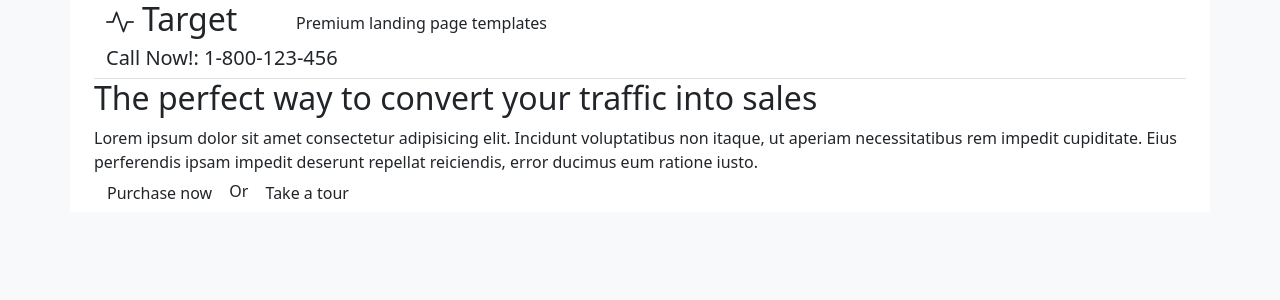
Repository: lyvandat/dh---bootstrap1
Page: index.html
These files come from the project's save history. The page is drawn as it stood at one moment and after the next save; the edit follows.
The browser window is 1280 px wide. The pictures show the whole page.
Some web libraries are served in a nearby version.

Above is the page before, as saved 2022-11-01 20:01:39.

### index.html
<!DOCTYPE html>
<html lang="en">
  <head>
    <!-- Required meta tags -->
    <meta charset="utf-8" />
    <meta name="viewport" content="width=device-width, initial-scale=1" />

    <!-- Bootstrap CSS -->
    <link
      href="https://cdn.jsdelivr.net/npm/bootstrap@5.0.2/dist/css/bootstrap.min.css"
      rel="stylesheet"
      integrity="sha384-EVSTQN3/azprG1Anm3QDgpJLIm9Nao0Yz1ztcQTwFspd3yD65VohhpuuCOmLASjC"
      crossorigin="anonymous"
    />
    <link
      rel="stylesheet"
      href="https://cdn.jsdelivr.net/npm/bootstrap-icons@1.9.1/font/bootstrap-icons.css"
    />
    <title>Hello, world!</title>
  </head>
  <body class="bg-light">
    <div class="container px-4 bg-white">
      <section
        class="container align-items-center bg-white border-bottom border-gray"
      >
        <div class="row">
          <div class="col-2 d-inline-flex me-2">
            <i class="bi bi-activity fs-3 me-2"></i>
            <h2>Target</h2>
          </div>
          <div class="col-7 d-flex align-items-center">
            <div class="text-gray font-style-italic">
              Premium landing page templates
            </div>
          </div>
          <div class="col-3 d-flex align-items-center">
            <h3 class="fs-5">Call Now!: 1-800-123-456</h3>
          </div>
        </div>
      </section>

      <!-- intro -->
      <section class="">
        <div>
          <h2>The perfect way to convert your traffic into sales</h2>
          <article>
            Lorem ipsum dolor sit amet consectetur adipisicing elit. Incidunt
            voluptatibus non itaque, ut aperiam necessitatibus rem impedit
            cupiditate. Eius perferendis ipsam impedit deserunt repellat
            reiciendis, error ducimus eum ratione iusto.
          </article>
          <div>
            <button class="btn rounded-pill">Purchase now</button>
            <span>Or</span>
            <button class="btn rounded-pill">Take a tour</button>
          </div>
        </div>
      </section>
    </div>
    <!-- Optional JavaScript; choose one of the two! -->

    <!-- Option 1: Bootstrap Bundle with Popper -->
    <script
      src="https://cdn.jsdelivr.net/npm/bootstrap@5.0.2/dist/js/bootstrap.bundle.min.js"
      integrity="sha384-MrcW6ZMFYlzcLA8Nl+NtUVF0sA7MsXsP1UyJoMp4YLEuNSfAP+JcXn/tWtIaxVXM"
      crossorigin="anonymous"
    ></script>
  </body>
</html>

After the next save:
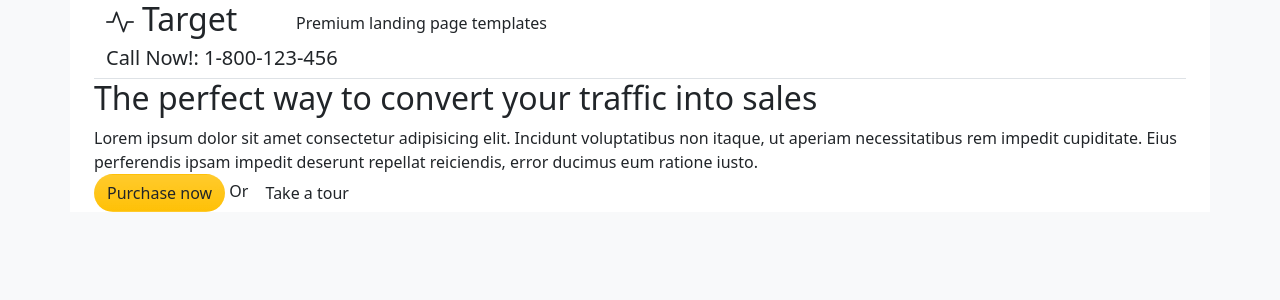
Saved 2 min 18 s later.
--- a/index.html
+++ b/index.html
@@ -50,7 +50,9 @@
             reiciendis, error ducimus eum ratione iusto.
           </article>
           <div>
-            <button class="btn rounded-pill">Purchase now</button>
+            <button class="btn rounded-pill bg-warning bg-gradient">
+              Purchase now
+            </button>
             <span>Or</span>
             <button class="btn rounded-pill">Take a tour</button>
           </div>

After the save that followed:
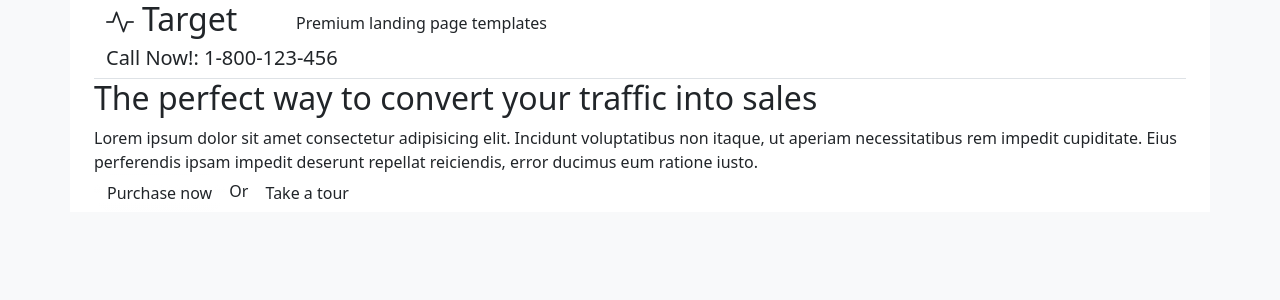
Saved 18 s later.
--- a/index.html
+++ b/index.html
@@ -50,7 +50,7 @@
             reiciendis, error ducimus eum ratione iusto.
           </article>
           <div>
-            <button class="btn rounded-pill bg-warning bg-gradient">
+            <button class="btn rounded-pill bg-orange bg-gradient">
               Purchase now
             </button>
             <span>Or</span>
